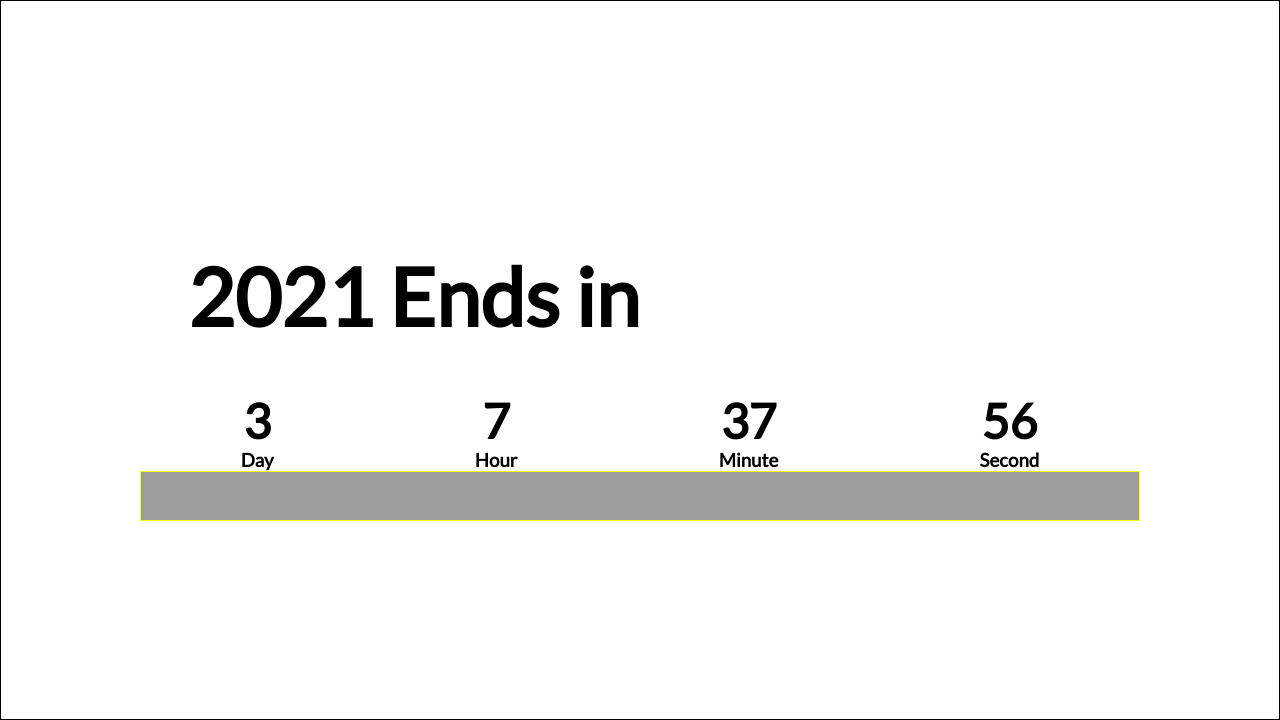
Repository: PratypartyY2K/JavaScript-Projects
Page: Countdown/index.html
An editor plug-in stored every save of this project. The page is shown before and after the next save, followed by the edit.
The browser window is 1280 px wide. The pictures show the whole page.
Pictures or frames that could not be fetched are drawn as grey boxes.

Above is the page before, as saved 2021-07-04 08:48:44.

### Countdown/index.html
<!DOCTYPE html>
<html lang="en">

<head>
    <meta charset="UTF-8">
    <meta http-equiv="X-UA-Compatible" content="IE=edge">
    <meta name="viewport" content="width=device-width, initial-scale=1.0">
    <title>Countdown</title>
    <link rel="preconnect" href="https://fonts.gstatic.com">
    <link href="https://fonts.googleapis.com/css2?family=Lato&display=swap" rel="stylesheet">
    <link rel="stylesheet" href="styles.css">
</head>

<body>
    <section class="coming-soon">
        <div>
            <h2>2021 Ends in</h2>
            <div class="countdown">
                <div class="container-day">
                    <h3 class="day">Time</h3>
                    <h3>Day</h3>
                </div>
                <div class="container-hour">
                    <h3 class="hour">Time</h3>
                    <h3>Hour</h3>
                </div>
                <div class="container-minute">
                    <h3 class="minute">Time</h3>
                    <h3>Minute</h3>
                </div>
                <div class="container-second">
                    <h3 class="second">Time</h3>
                    <h3>Second</h3>
                </div>
            </div>
            <div class="countdown-image"></div>
        </div>
    </section>
    <script src="app.js"></script>
</body>

</html>

### Countdown/styles.css
* {
    margin: 0;
    padding: 0;
    box-sizing: border-box;
}

body {
    font-family: "Lato", sans-serif;
}

h2 {
    font-size: 5rem;
    font-weight: bold;
    padding: 3rem;
}

.coming-soon {
    min-height: 100vh;
    display: flex;
    flex-direction: column;
    align-items: center;
    justify-content: space-around;
    border: 1px solid black;
}

.countdown {
    display: flex;
    justify-content: space-around;
    text-align: center;
}

.day,.hour,.minute,.second {
    font-size: 3rem;
}

.countdown-image {
    height: 50px;
    width: 1000px;
    background-image: url(https://cdn.pixabay.com/photo/2019/12/07/04/24/doodle-4678658_960_720.png);


    border: 1px solid yellow;
}

### Countdown/app.js
const countdown = () => {
    const countDate = new Date('May 17, 2021 00:00:00').getTime();
    const now = new Date().getTime();
    const gap  = countDate - now;

    const second = 1000;
    const minute = second * 60;
    const hour = minute * 60;
    const day = hour * 24;

    const textDay = Math.floor(gap / day);
    const textHour = Math.floor((gap % day)/hour);
    const textMinute = Math.floor((gap % hour)/minute);
    const textSecond = Math.floor((gap % minute)/second);

    document.querySelector('.day').innerText = textDay;
    document.querySelector('.hour').innerText = textHour;
    document.querySelector('.minute').innerText = textMinute;
    document.querySelector('.second').innerText = textSecond;
};

setInterval(countdown, 1000);

After the next save:
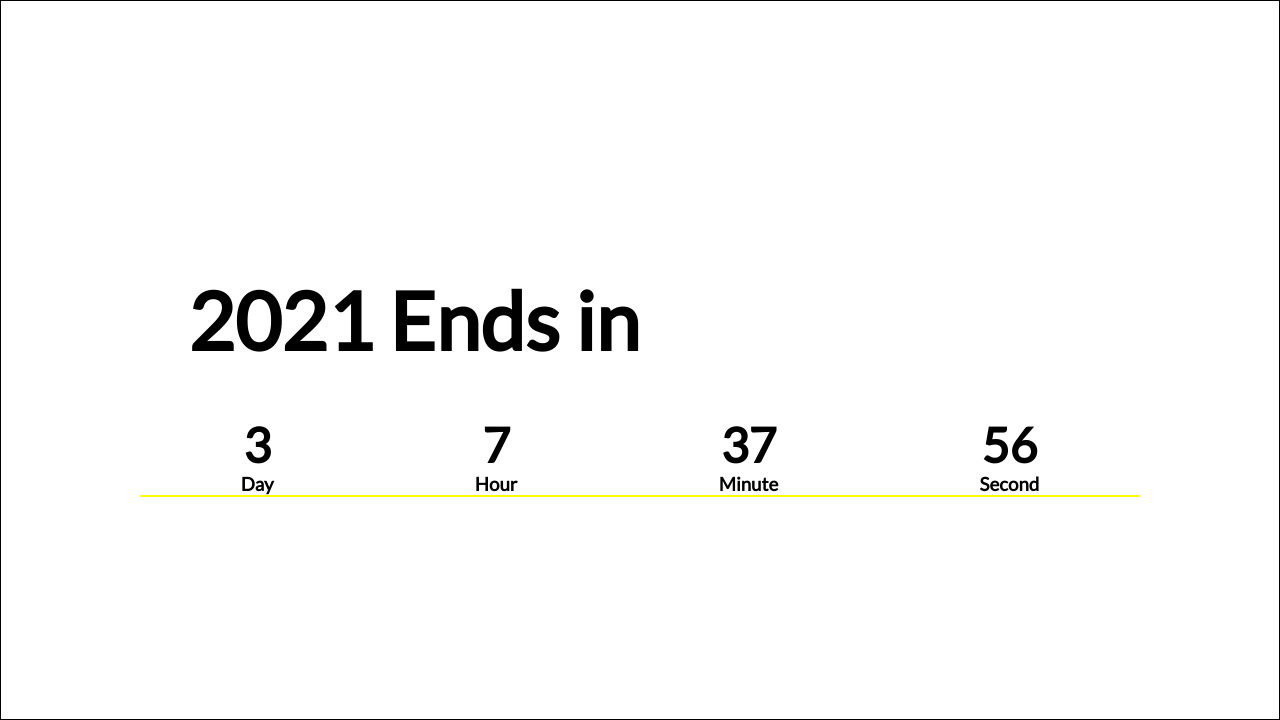
Saved 15 s later.
--- a/Countdown/styles.css
+++ b/Countdown/styles.css
@@ -34,7 +34,7 @@ h2 {
 }
 
 .countdown-image {
-    height: 50px;
+
     width: 1000px;
     background-image: url(https://cdn.pixabay.com/photo/2019/12/07/04/24/doodle-4678658_960_720.png);
 
